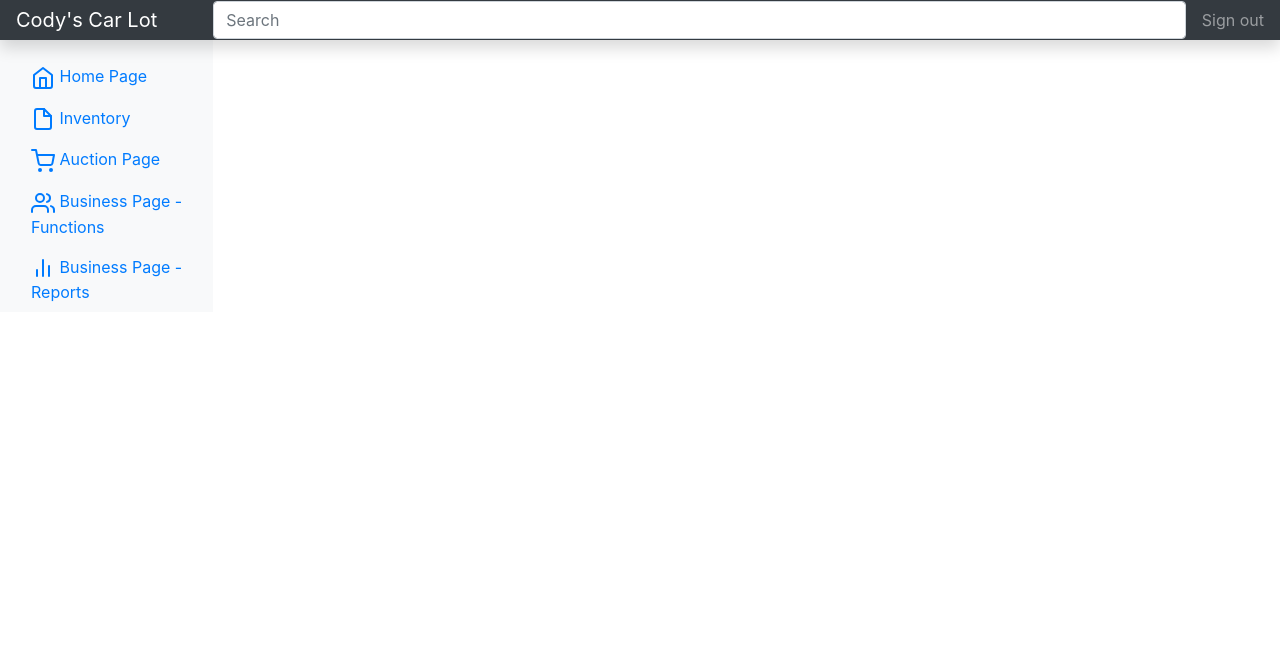
Repository: CodyHogge/CarDealershipProject
Page: http://localhost/CarDealershipProject/booted_home.jsp
These files come from the project's save history. The page is drawn as it stood at one moment and after the next save; the edit follows.
The browser window is 1280 px wide. The pictures show the whole page.
The page is served by Tomcat 9.

Above is the page before, as saved 2020-09-16 16:23:42.

After the next save:
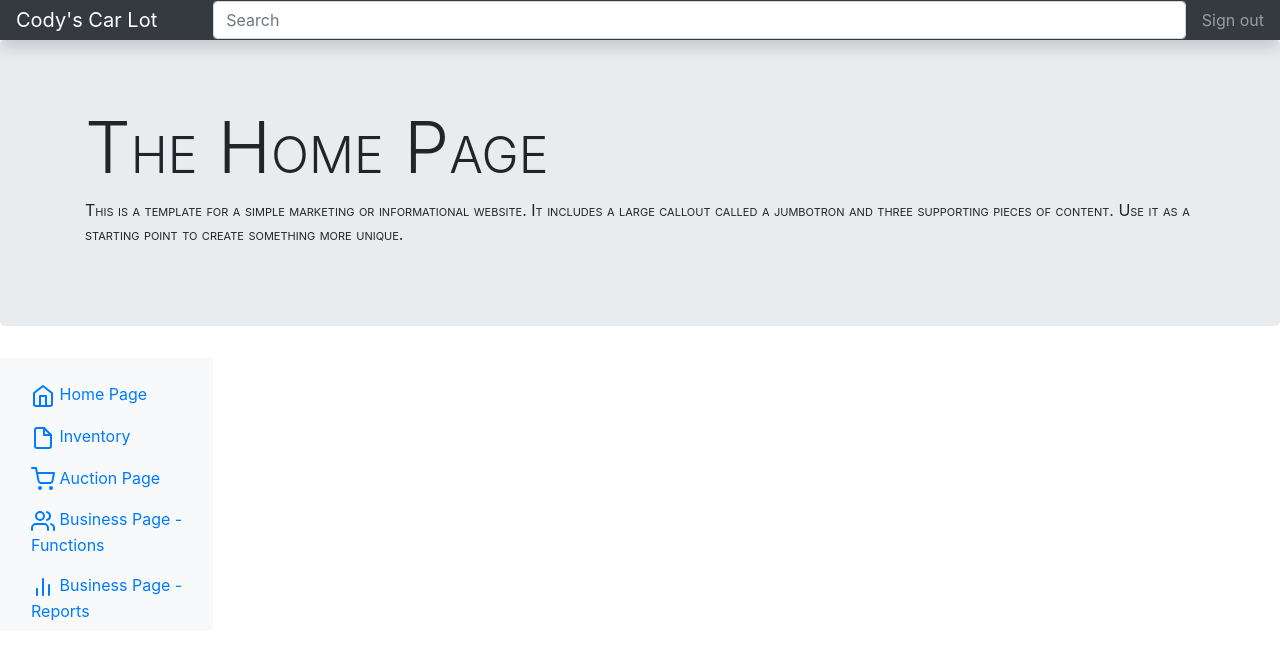
Saved 65 s later.
--- a/CarDealershipProject/WebContent/booted_home.jsp
+++ b/CarDealershipProject/WebContent/booted_home.jsp
@@ -22,6 +22,15 @@
     </li>
   </ul>
 </nav>
+
+	<div class="jumbotron">
+    <div class="container">
+      <h1 class="display-3">The Home Page</h1>
+      <p>This is a template for a simple marketing or informational website. It includes a large callout called a jumbotron and three supporting pieces of content. Use it as a starting point to create something more unique.</p>
+    </div>
+  	</div>
+
+
 <div class="container-fluid">
   <div class="row">
     <nav id="sidebarMenu" class="col-md-3 col-lg-2 d-md-block bg-light sidebar collapse show" style="">
